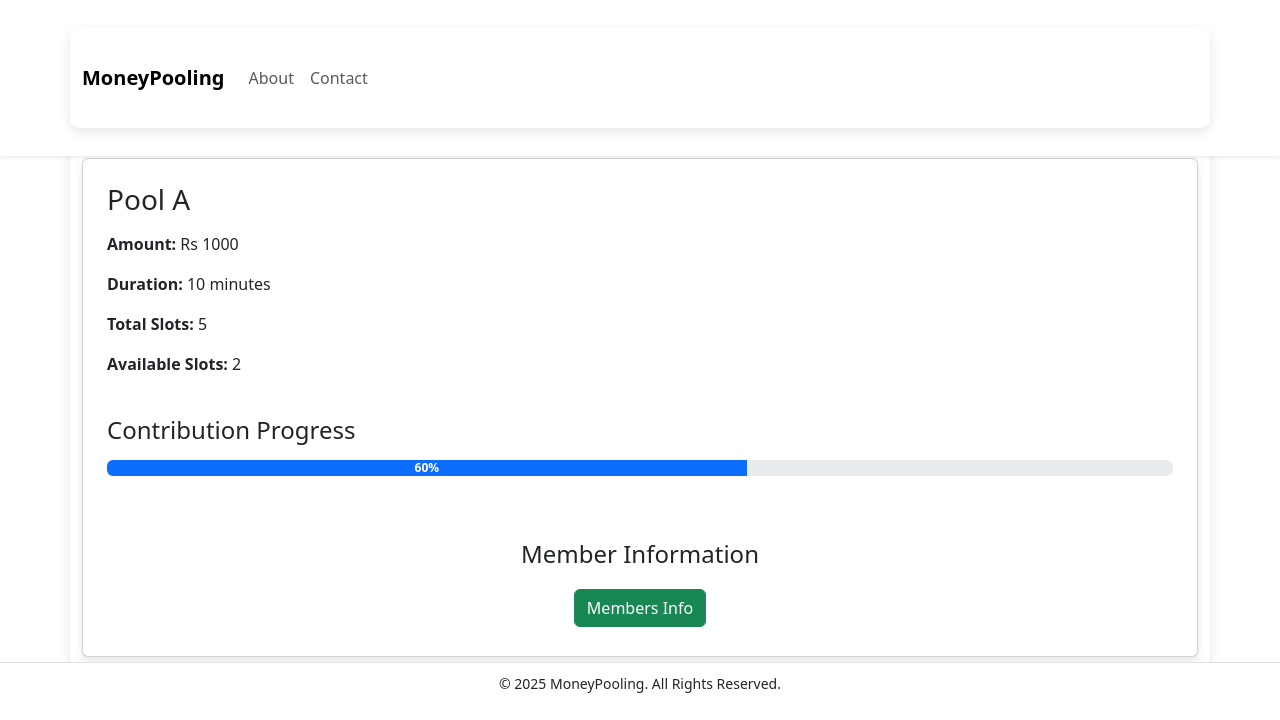
Repository: xxgautm420/MoneyPool
Page: templates/progress.html
The author's editor kept a copy of each file at every save. The page is drawn from the files as they stood at one save, then again after a run of saves.
The browser window is 1280 px wide. The pictures show the whole page.
The page is served by the project's application, run on Flask 3 (user.py). The template is opened directly, without the code that normally fills it, so the values that code supplies are empty.

Above is the page before, as saved 2025-03-01 17:49:05.

### templates/progress.html
<!DOCTYPE html>
<html lang="en">
<head>
    <meta charset="UTF-8">
    <meta name="viewport" content="width=device-width, initial-scale=1.0">
    <title>Money Pooling</title>

    <!-- External Stylesheets -->
    <link rel="stylesheet" href="{{ url_for('static', filename='Css/progress.css') }}">

    <link href="https://cdn.jsdelivr.net/npm/bootstrap@5.3.0-alpha1/dist/css/bootstrap.min.css" rel="stylesheet">
</head>
<body>

    <!-- Navbar -->
    <nav class="navbar navbar-expand-lg navbar-light bg-white fixed-top shadow-sm">
        <div class="container">
            <a class="navbar-brand fw-bold" href="#">MoneyPooling</a>
            <div class="collapse navbar-collapse">
                <ul class="navbar-nav me-auto mb-2 mb-lg-0">
                    <li class="nav-item">
                        <a class="nav-link" href="#">About</a>
                    </li>
                    <li class="nav-item">
                        <a class="nav-link" href="#">Contact</a>
                    </li>
                </ul>
            </div>
        </div>
    </nav>


       <!-- Main Content -->
     <!-- Pool Details Section -->
<div class="container mt-5 pt-5">
    <h2 class="text-center mb-4">Pool Details</h2>
    <div class="card p-4">
        <h3 id="poolName">Pool A</h3>
        <p><strong>Amount:</strong> Rs <span id="poolAmount">1000</span></p>
        <p><strong>Duration:</strong> 10 minutes</p>
        <p><strong>Total Slots:</strong> 5</p>
        <p><strong>Available Slots:</strong> <span id="availableSlots">2</span></p>

        <!-- Contribution Progress -->
        <h4 class="mt-4">Contribution Progress</h4>
        <div class="progress mb-3">
            <div id="progressBar" class="progress-bar" role="progressbar" style="width: 60%">60%</div>
        </div>

        <div class="text-center mt-5">
            <h4>Member Information</h4>
            <button class="btn btn-success" onclick="startSelection()" >Members Info </button>
        </div>


 <!-- Footer -->
 <footer class="footer">
    <p>&copy; 2025 MoneyPooling. All Rights Reserved.</p>
</footer>

<!-- External JavaScript -->
<script src="{{ url_for('static', filename='Script/progress.js') }}"></script>
</body>
</html>

### user.py
from flask import Flask, request, jsonify
from flask_sqlalchemy import SQLAlchemy
import os

app = Flask(__name__)
import os

app.config['SQLALCHEMY_DATABASE_URI'] = os.environ.get('DATABASE_URL') or 'postgresql+psycopg2://postgres:201103@localhost/postgres'

app.config['SQLALCHEMY_TRACK_MODIFICATIONS'] = False
db = SQLAlchemy(app)

class User(db.Model):
    __tablename__ = 'users'
    id = db.Column(db.Integer, primary_key=True)
    username = db.Column(db.String(80), unique=True, nullable=False)
    password = db.Column(db.String(128), nullable=False)  # Store plain text password for this example

@app.route('/api/users/login', methods=['POST'])
def login():
    data = request.get_json()
    username = data.get('username')
    password = data.get('password')

    user = User.query.filter_by(username=username).first()
    if user and user.password == password:  # Check plain text password
        return jsonify(success=True, message="Login successful"), 200
    else:
        return jsonify(success=False, message="Invalid username or password"), 401

# Create the database tables if they don't exist
with app.app_context():
    db.create_all()

if __name__ == '__main__':
    app.run(debug=True)

### static/Css/progress.css
General Page Styling
body {
    font-family: Arial, sans-serif;
    text-align: center;
    margin: 0;
    background-color: white;
    padding-top: 70px; /* Space for fixed navbar */
    display: flex;
    flex-direction: column;
    min-height: 100vh; /* Ensure the body takes at least the full height of the viewport */
}

/* Navbar */
.navbar {
    box-shadow: 0px 2px 5px rgba(0, 0, 0, 0.1);
}

/* Main Container */
/* Pool Details Section */
.container {
    width: 80%;
    max-width: 600px;
    margin: 20px auto;
    padding: 30px;
    background-color: #fff;
    border-radius: 10px;
    box-shadow: 0 4px 12px rgba(0, 0, 0, 0.1);
    flex: 1; /* Allow the container to grow and take available space */
    overflow-y: auto; /* Enable vertical scrolling if content exceeds height */
}

.card {
    padding: 20px;
    border: 1px solid #dee2e6;
    border-radius: 10px;
    background-color: #ffffff;
    box-shadow: 0 4px 8px rgba(0, 0, 0, 0.1);
}

.card h3, .card h4 {
    margin-bottom: 15px;
}

.progress {
    height: 25px;
}

.progress-bar {
    background-color: #28a745; /* Green background for progress bar */
    color: white;
    font-weight: bold;
    line-height: 25px; /* Vertically center the text within the progress bar */
}

.list-group-item {
    padding: 10px;
    border: 1px solid #dee2e6;
    margin-bottom: 5px;
}

.btn {
    margin: 5px;
    padding: 10px 20px;
    font-size: 16px;
    border-radius: 5px;
    border: none;
}

.btn-success {
    background-color: #28a745;
    color: white;
}

.btn-success:hover {
    background-color: #218838;
}

.mt-4 {
    margin-top: 1.5rem;
}

.mt-5 {
    margin-top: 3rem;
}

.mb-3 {
    margin-bottom: 1rem;
}

.mb-4 {
    margin-bottom: 1.5rem;
}

.text-center {
    text-align: center;
}

/* Footer */
footer {
    width: 100%;
    background-color: white;
    text-align: center;
    padding: 10px;
    font-size: 14px;
    border-top: 1px solid #dee2e6;
    position: fixed; /* Fixed position to stick to the bottom */
    bottom: 0; /* Align to the bottom of the viewport */
    left: 0; /* Ensure it spans the entire width */
    z-index: 1000; /* Ensure it's on top of other elements */
}

### static/Script/progress.js
function fetchUsername(userId) {
    fetch(`/api/user/${userId}`)
        .then(response => {
            if (!response.ok) {
                throw new Error('Network response was not ok');
            }
            return response.json();
        })
        .then(data => {
            document.getElementById('usernamePlaceholder').innerText = data.username;
        })
        .catch(error => {
            console.error('There was a problem with the fetch operation:', error);
        });
}

After the next 2 saves:
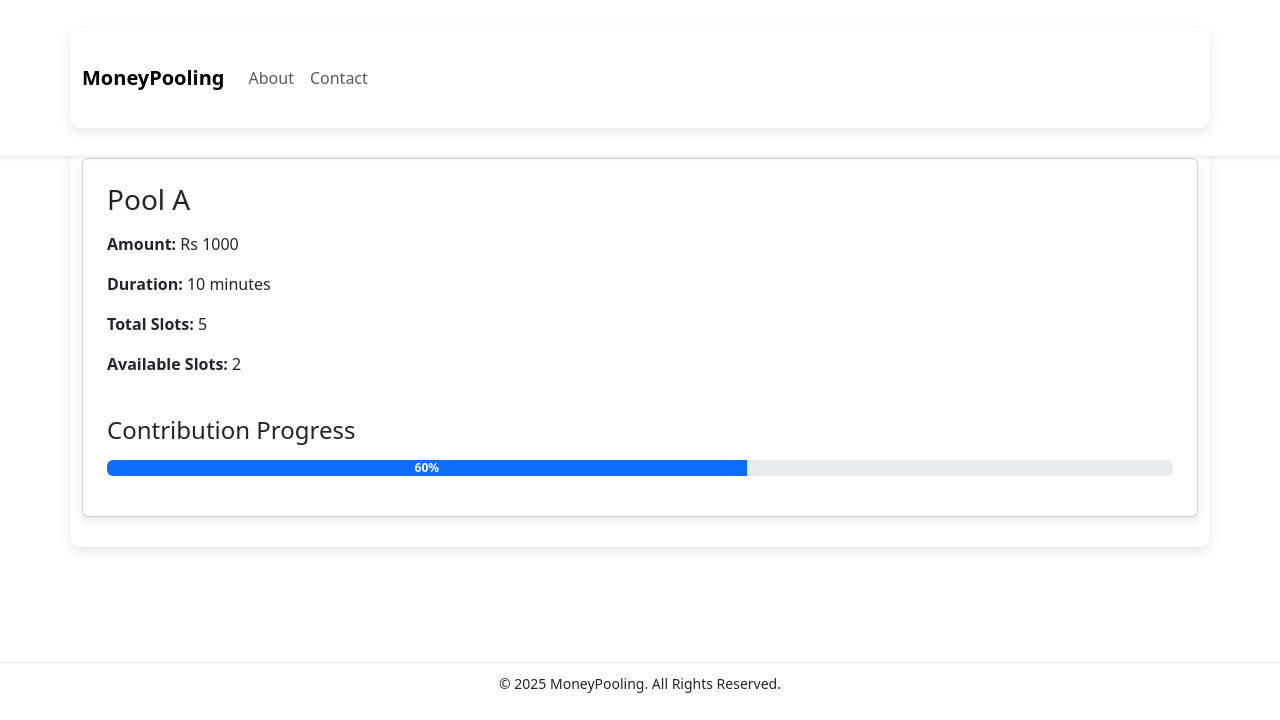
The 2 saves are shown as one change because they came seconds apart.
The last was saved 17 s later.
--- a/templates/progress.html
+++ b/templates/progress.html
@@ -47,10 +47,7 @@
             <div id="progressBar" class="progress-bar" role="progressbar" style="width: 60%">60%</div>
         </div>
 
-        <div class="text-center mt-5">
-            <h4>Member Information</h4>
-            <button class="btn btn-success" onclick="startSelection()" >Members Info </button>
-        </div>
+
 
 
  <!-- Footer -->
